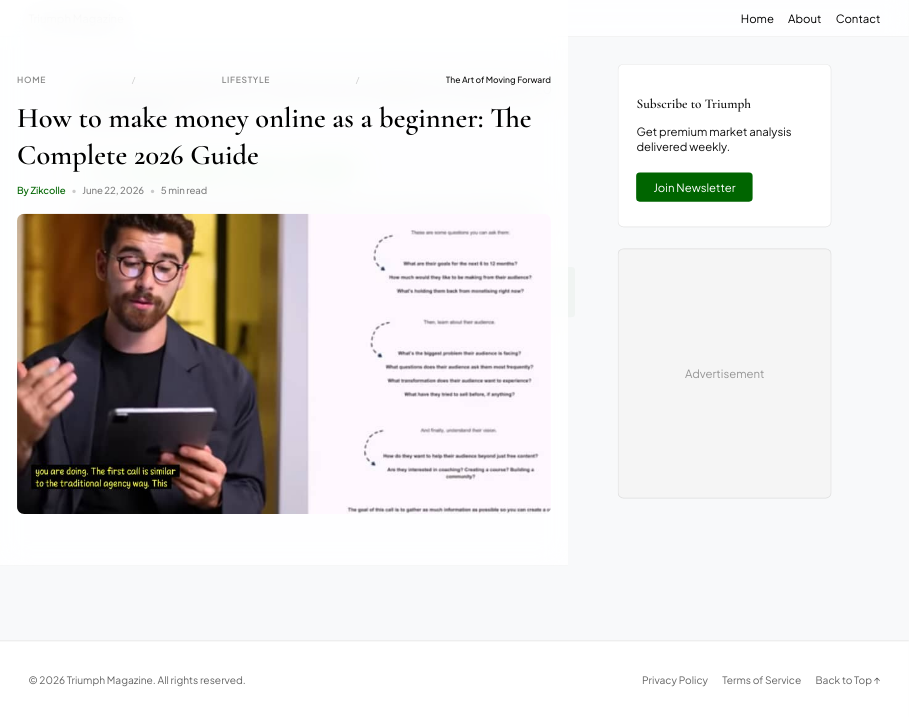
Repository: zikcolle/Triumph-Blog
Page: post.html
An editor plug-in stored every save of this project. The page is shown before and after the next save, followed by the edit.
The browser window is 1280 px wide. The pictures show the whole page, at 71% of full size.

Above is the page before, as saved 2026-06-23 12:43:22.

After the next save:
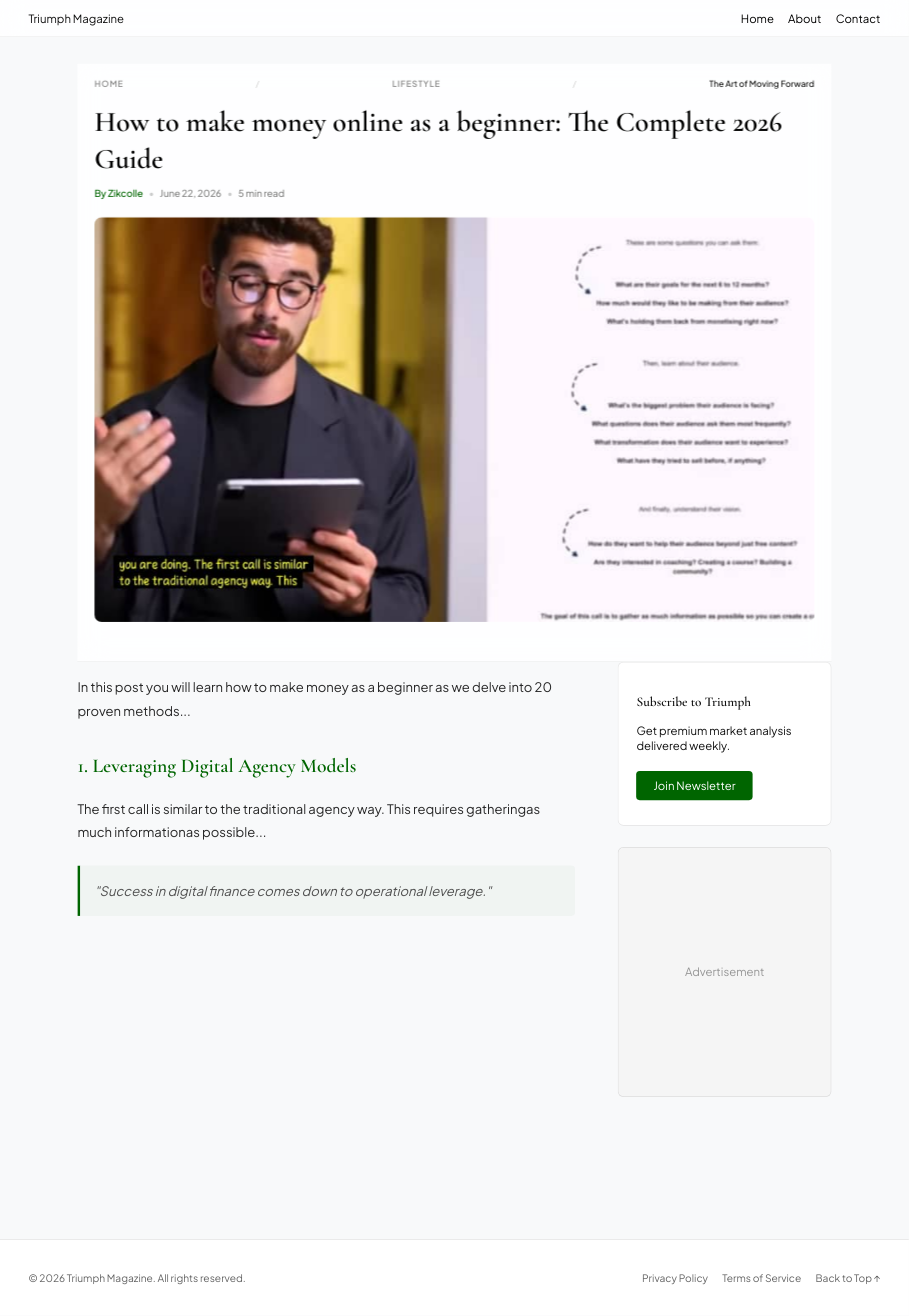
Saved 62 s later.
--- a/styles.css
+++ b/styles.css
@@ -370,13 +370,8 @@ footer {
 }
 
 .post-header {
-   padding-top: 100px;
-   padding-bottom: 32px;
-   max-width: 800px;
-   margin: 0 auto;
-   padding-left: 24px;
-   padding-right: 24px;
-   box-sizing: border-box;
+    position: relative;
+    z-index: 1 !important;
 }
 
 .post-header h1 {
